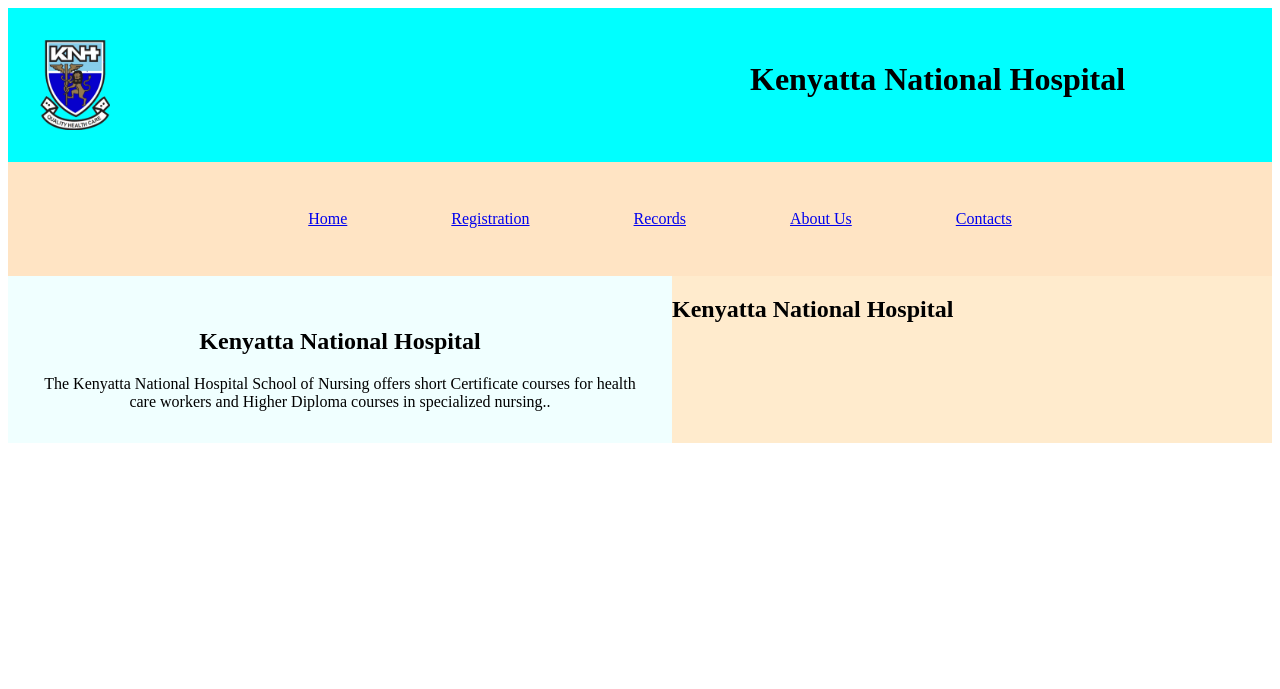
Repository: EphrahimLaanyu123/wsp
Page: index.html
An editor plug-in stored every save of this project. The page is shown before and after the next save, followed by the edit.
The browser window is 1280 px wide. The pictures show the whole page.

Above is the page before, as saved 2025-03-14 07:39:56.

After the next save:
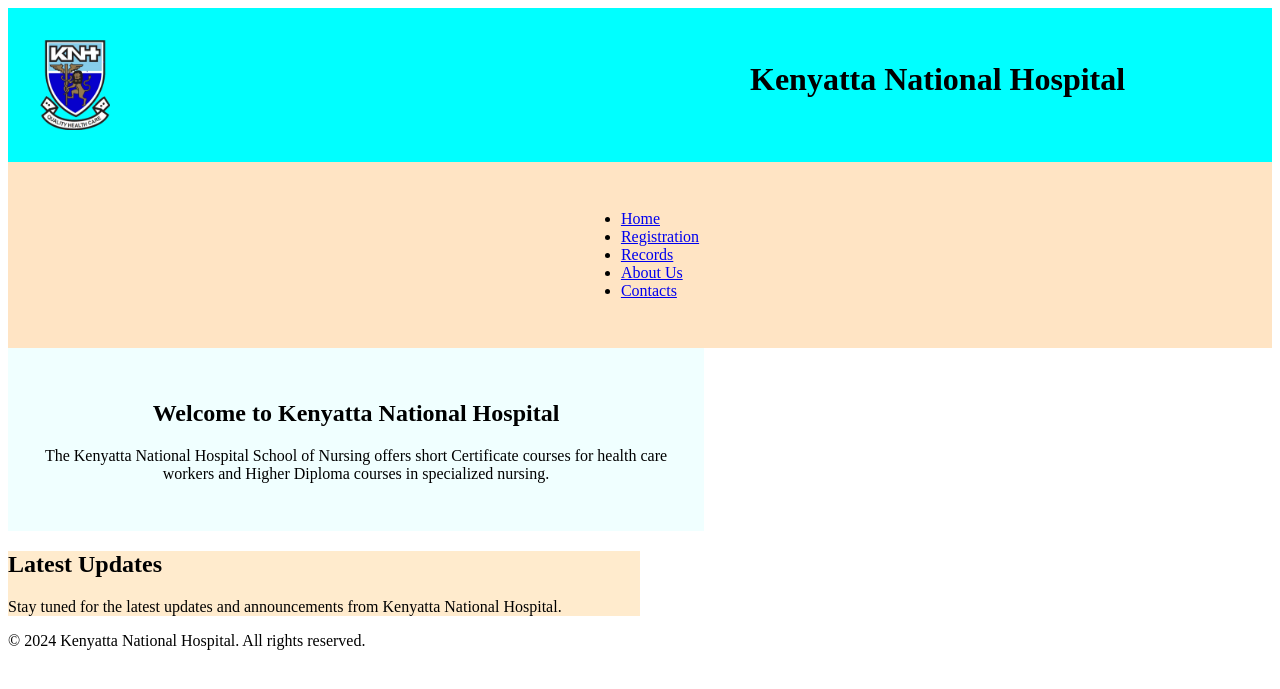
Saved 40 s later.
--- a/index.html
+++ b/index.html
@@ -3,38 +3,40 @@
 <head>
     <meta charset="UTF-8">
     <meta name="viewport" content="width=device-width, initial-scale=1.0">
-    <title>Document</title>
+    <title>Kenyatta National Hospital</title>
     <link rel="stylesheet" href="styles.css">
 </head>
 <body>
     <header class="header">
-        <img src="/transparent_logo.png" alt="" class="logo">
-        <h1 class="header-h1">Kenyatta National Hospital</h1>
+        <img src="/transparent_logo.png" alt="Kenyatta National Hospital Logo" class="logo">
+        <h1 class="header-title">Kenyatta National Hospital</h1>
     </header>
 
     <nav class="nav">
-            <ul><a href="index.html">Home</a></ul>
-            <ul><a href="Registration.html">Registration</a></ul>
-            <ul><a href="records.html">Records</a></ul>
-            <ul><a href="about.html">About Us</a></ul>
-            <ul><a href="contacts.html">Contacts</a></ul>
+        <ul>
+            <li><a href="index.html">Home</a></li>
+            <li><a href="registration.html">Registration</a></li>
+            <li><a href="records.html">Records</a></li>
+            <li><a href="about.html">About Us</a></li>
+            <li><a href="contacts.html">Contacts</a></li>
+        </ul>
     </nav>
 
-    <div class="sectionaside">
+    <main class="content">
         <section class="section">
-            <h1 class="header-h1">Kenyatta National Hospital</h1>
-            <article>The Kenyatta National Hospital School of Nursing offers short Certificate courses for health care workers and Higher Diploma courses in specialized nursing..</article>
+            <h2>Welcome to Kenyatta National Hospital</h2>
+            <p>The Kenyatta National Hospital School of Nursing offers short Certificate courses for health care workers and Higher Diploma courses in specialized nursing.</p>
         </section>
+
         <aside class="aside">
-            <h1 class="header-h1">Kenyatta National Hospital</h1>
+            <h2>Latest Updates</h2>
+            <p>Stay tuned for the latest updates and announcements from Kenyatta National Hospital.</p>
+        </aside>
+    </main>
 
-        </aside>
-    </div>
-
-    <footer>
-
+    <footer class="footer">
+        <p>&copy; 2024 Kenyatta National Hospital. All rights reserved.</p>
     </footer>
-
 
     <script src="script.js"></script>
 </body>
